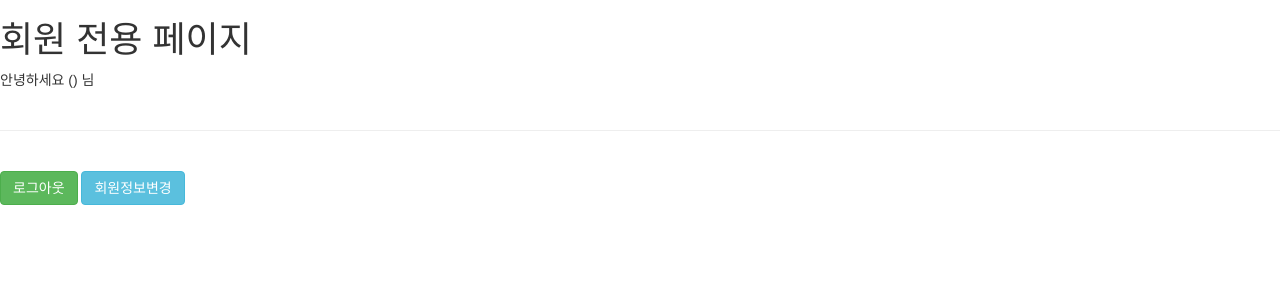
Repository: yjeongyjeong/jsp
Page: http://localhost/web-study-09-re/member/main.jsp
The author's editor kept a copy of each file at every save. The page is drawn from the files as they stood at one save, then again after the next save.
The browser window is 1280 px wide. The pictures show the whole page.
The page is served by Tomcat 9. Other server files are loaded and not shown.

Above is the page before, as saved 2023-10-16 05:50:50.

### web-study-09-re/src/main/webapp/member/main.jsp

<%@ page language="java" contentType="text/html; charset=UTF-8"
	pageEncoding="UTF-8"%>
<!DOCTYPE html>
<html>
<head>
<meta charset="UTF-8">
<meta charset="utf-8">
<meta name="viewport" content="width=device-width, initial-scale=1">
<link rel="stylesheet"
	href="https://maxcdn.bootstrapcdn.com/bootstrap/3.4.1/css/bootstrap.min.css">
<script
	src="https://ajax.googleapis.com/ajax/libs/jquery/3.6.4/jquery.min.js"></script>
<script
	src="https://maxcdn.bootstrapcdn.com/bootstrap/3.4.1/js/bootstrap.min.js"></script>
<script type="text/javascript" src="./script/member.js"></script>
<!-- . -> 이 폴더 빠져나가서 /들어가라고 -->

<title>Insert title here</title>
</head>
<body>
	<h1>회원 전용 페이지</h1>
	<form action="login.do" method="post" name="frm">

		안녕하세요 ${loginUser.name}(${loginUser.userid}) 님
		<!-- session.setAttribute("loginUser", vo); //loginUser는 섹션이라 브라우저 끄기 전까지 값이 기억됨, vo로 값을 받아와서 전부 출력됨(toString한대로..)
결과는 이렇게 출력됨 MemberVO(name=이소미, userid=somi, pwd=1234, email=somi@naver.com, phone=010-111-2222 , admin=0)
 -->
		<br><br><hr><br>
		<button type="reset" class="btn btn-success">로그아웃</button>
		<button type="button" class="btn btn-info"
			onclick="location.href='join.do'">회원정보변경</button>
		<!-- 클릭 시 join.do로 가도록 함 -->

	</form>

</body>
</html>

### web-study-09-re/src/main/webapp/script/member.js
function loginCheck(){
/*근데 스페이스바 입력하면 데이터 넘어가게되므로 나중에 잘 막어줘야함 -> or조건으로 넣어봄ㅎㅎ 근데 이러면 스페이스바 여러번 하면 뚫리네 아나...
아스키 코드로 넣어야할가? 하나라도 있으면 안되도록..? 아니면 그냥 아스키로 안하고 하나라도 있으면 안되도록 해도 될거같기도 하고... => js에서 문자열 포함여부 확인 메서드 사용 document.frm.userid.includes(" ") 했는데 암것도 안나옴 아나..*/
	if(document.frm.userid.value.length == 0 || document.frm.userid.value == " "){
		/*frm(jsp파일에서 name으로 줌), userid id로 줌*/
		alert("아이디를 입력하세요.");
		frm.userid.focus();
		return false;
	}
	if(document.frm.pwd.value == "" || document.frm.pwd.value == " "){
		alert("암호를 입력하세요.");
		frm.pwd.focus();/*아무것도 주지 말라고*/
		return false;
	}

}

After the next save:
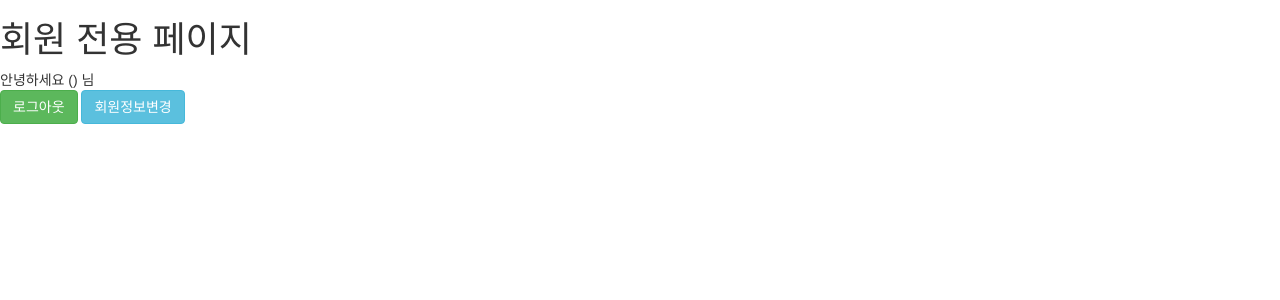
Saved 14 s later.
--- a/web-study-09-re/src/main/webapp/member/main.jsp
+++ b/web-study-09-re/src/main/webapp/member/main.jsp
@@ -26,7 +26,7 @@
 		<!-- session.setAttribute("loginUser", vo); //loginUser는 섹션이라 브라우저 끄기 전까지 값이 기억됨, vo로 값을 받아와서 전부 출력됨(toString한대로..)
 결과는 이렇게 출력됨 MemberVO(name=이소미, userid=somi, pwd=1234, email=somi@naver.com, phone=010-111-2222 , admin=0)
  -->
-		<br><br><hr><br>
+		<br>
 		<button type="reset" class="btn btn-success">로그아웃</button>
 		<button type="button" class="btn btn-info"
 			onclick="location.href='join.do'">회원정보변경</button>
